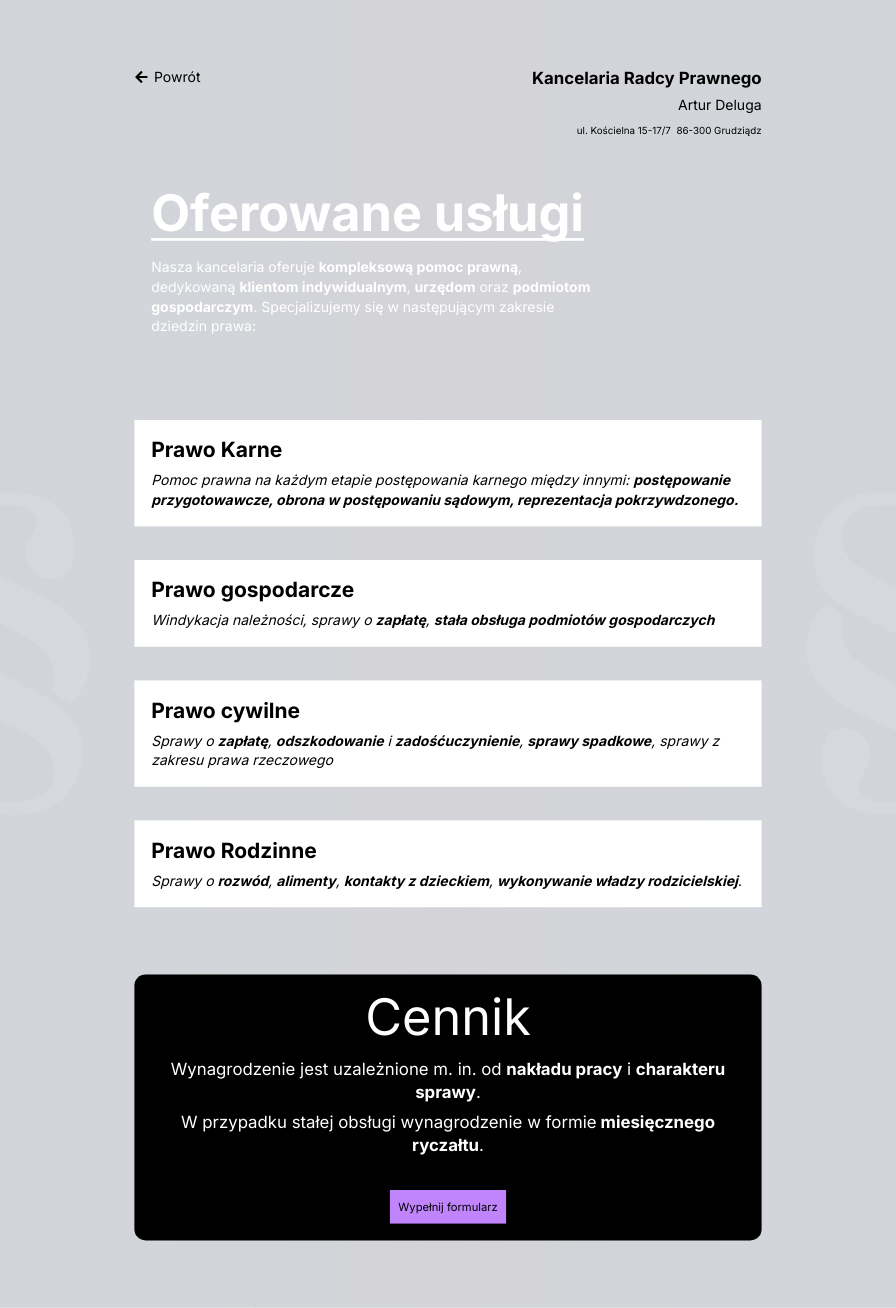
Repository: wesiudev/kancelaria-artur-deluga
Page: /oferta
An editor plug-in stored every save of this project. The page is shown before and after the next save, followed by the edit.
The browser window is 1280 px wide. The pictures show the whole page, at 70% of full size.
The project was rebuilt for these pictures with package versions that can differ from the ones it lists, and the page was loaded fresh each time. The framework's server and built-in components were replaced by stand-ins that run in the browser. Also part of the build but not shown: next.config.js.

Above is the page before, as saved 2023-08-09 16:38:15.

### app/layout.tsx
import "./globals.css";
import type { Metadata } from "next";
import { Inter } from "next/font/google";

const inter = Inter({ subsets: ["latin"] });

export const metadata: Metadata = {
  title: "Kancelaria Radcy Prawnego Artur Deluga",
  description:
    "Kancelaria Radcy Prawnego Grudziądz Prawo Karne, Pracwo cywilne, Prawo gospodarcze, Prawo Rodzinne. ul. Kościelna 15-17/7 86-300 Grudziądz. Pomoc prawna na każdym etapie postępowania karnego (postępowanie przygotowawcze, obrona w postępowaniu sądowym, reprezentacja pokrzywdzonego, etc.)",
  viewport: "width=device-width, initial-scale=1",
  icons: {
    icon: "/favicon.png",
  },
};

export default function RootLayout({
  children,
}: {
  children: React.ReactNode;
}) {
  return (
    <html lang="pl" className="scroll-smooth ">
      <body className={inter.className}>{children}</body>
    </html>
  );
}

### app/oferta/page.tsx
"use client";
import Image from "next/image";
import paragraphImage from "@/app/assets/paragraph.png";
import Link from "next/link";
import { FaArrowLeft } from "react-icons/fa";
import { useState } from "react";
const sendContactForm = async (data: any) =>
  fetch("/api/mail", {
    method: "POST",
    body: JSON.stringify(data),
    headers: { "Content-Type": "application/json", Accept: "application/json" },
  }).then((res) => {
    if (!res.ok) throw new Error("Failed to send message");
    return res.json();
  });

export default function OfferMobile() {
  const [isContactOpen, setContactOpen] = useState(false);
  const [firstName, setFirstName] = useState<string>("");
  const [email, setEmail] = useState<string>("");
  const [message, setMessage] = useState<string>("");

  const onSubmit = async () => {
    try {
      await sendContactForm({
        firstName: firstName,
        email: email,
        message: message,
      });
    } catch (error) {}
  };
  return (
    <div className="w-full mx-auto z-[2000] bg-gradient-to-r from-gray-300 via-zinc-300 to-gray-300 overflow-x-hidden text-black">
      <div className="flex flex-col space-x-[100px] min-h-screen items-center py-24">
        <div className="flex flex-col w-[85vw] lg:w-[70vw] 2xl:w-[60vw] min-h-screen justify-center ">
          <Image
            src={paragraphImage}
            alt="Paragraf obrazek w tle"
            width={224}
            height={224}
            className="fixed opacity-10 -left-24 "
          />
          <Image
            src={paragraphImage}
            alt="Paragraf obrazek w tle"
            width={224}
            height={224}
            className="fixed opacity-10 -right-24 rotate-180"
          />
          <div className="flex flex-col justify-between w-full">
            <div className="flex flex-row justify-between">
              <div className="w-1/2">
                <Link
                  className="group flex flex-row items-center mb-12 text-xl w-max"
                  href="/"
                >
                  <FaArrowLeft className="mr-2" />
                  <span className="hover:underline hover:underline-offset-4">
                    {" "}
                    Powrót
                  </span>
                </Link>
              </div>
              <div>
                <h1 className="text-xl lg:text-2xl text-right sm:text-left font-bold">
                  Kancelaria Radcy Prawnego
                </h1>
                <div className="w-full flex justify-end">
                  <h2 className="text-xl mb-12 lg:mb-0 mt-2">Artur Deluga</h2>
                </div>
                <div
                  className={` flex-row space-x-2 text-sm justify-end mt-3 mb-12 hidden lg:flex`}
                >
                  <div>ul. Kościelna 15-17/7</div>
                  <div>86-300 Grudziądz</div>
                </div>
              </div>
            </div>

            <div className="p-6 rounded-2xl  text-white">
              <div className="w-max">
                <h1 className="w-max text-4xl md:text-5xl lg:text-7xl  font-bold">
                  Oferowane usługi
                </h1>
                <div className="h-1 w-full mb-6 bg-white" />
              </div>

              <h2 className="text-left text-xl w-full lg:w-3/4 ">
                Nasza kancelaria oferuje{" "}
                <span className="font-bold"> kompleksową pomoc prawną</span>,
                dedykowaną{" "}
                <span className="font-bold">klientom indywidualnym</span>,{" "}
                <span className="font-bold">urzędom</span> oraz{" "}
                <span className="font-bold">podmiotom gospodarczym</span>.
                Specjalizujemy się w następującym zakresie dziedzin prawa:
              </h2>
            </div>
          </div>
          <div className="relative text-black flex flex-col space-y-12 mt-24">
            <div className="max-h-[50vh] border-0 hover:scale-105 duration-300 hover:bg-opacity-100 cursor-default   bg-white  flex flex-col p-6 justify-between">
              <h1 className="text-xl lg:text-3xl font-bold">Prawo Karne</h1>
              <p className="text-sm sm:text-xl mt-3 italic">
                Pomoc prawna na każdym etapie postępowania karnego między
                innymi:{" "}
                <span className="font-bold">
                  postępowanie przygotowawcze, obrona w postępowaniu sądowym,
                  reprezentacja pokrzywdzonego.
                </span>
              </p>
            </div>
            <div className="max-h-[50vh] border-0 hover:scale-105 duration-300 hover:bg-opacity-100 cursor-default   bg-white  flex flex-col justify-between p-6">
              <h1 className="text-xl lg:text-3xl font-bold">
                Prawo gospodarcze
              </h1>
              <p className="text-sm sm:text-xl mt-3 italic">
                Windykacja należności, sprawy o{" "}
                <span className="font-bold">zapłatę</span>,{" "}
                <span className="font-bold">
                  stała obsługa podmiotów gospodarczych
                </span>
              </p>
            </div>

            <div className="max-h-[50vh] border-0 hover:scale-105 duration-300 hover:bg-opacity-100 cursor-default  bg-white  flex flex-col p-6 justify-between">
              <h1 className="text-xl lg:text-3xl font-bold">Prawo cywilne</h1>
              <p className="text-sm sm:text-xl mt-3 italic">
                Sprawy o <span className="font-bold">zapłatę</span>,{" "}
                <span className="font-bold">odszkodowanie</span> i{" "}
                <span className="font-bold">zadośćuczynienie</span>,{" "}
                <span className="font-bold">sprawy spadkowe</span>, sprawy z
                zakresu prawa rzeczowego
              </p>
            </div>
            <div className="max-h-[50vh] border-0 hover:scale-105 duration-300 hover:bg-opacity-100 cursor-default   bg-white  flex flex-col p-6 justify-between">
              <h1 className="text-xl lg:text-3xl font-bold">Prawo Rodzinne</h1>
              <p className="text-sm sm:text-xl mt-3 italic">
                Sprawy o <span className="font-bold">rozwód</span>,{" "}
                <span className="font-bold">alimenty</span>,{" "}
                <span className="font-bold">kontakty z dzieckiem</span>,{" "}
                <span className="font-bold">
                  wykonywanie władzy rodzicielskiej
                </span>
                .
              </p>
            </div>
          </div>
          <div className="text-white flex flex-col h-max my-auto px-3 lg:px-12  text-center relative w-full mt-12  lg:mx-auto lg:mt-24 bg-black  lg:py-6 rounded-2xl">
            <h1 className="text-5xl lg:text-7xl ">Cennik</h1>
            <p className="mt-6 text-base lg:text-2xl">
              Wynagrodzenie jest uzależnione m. in. od{" "}
              <span className="font-bold"> nakładu pracy</span> i{" "}
              <span className="font-bold">charakteru sprawy</span>.
            </p>
            <p className="mt-3 text-sm lg:text-2xl">
              W przypadku stałej obsługi wynagrodzenie w formie
              <span className="font-bold"> miesięcznego ryczałtu</span>.
            </p>
            <button
              onClick={() => setContactOpen(true)}
              className=" p-3 bg-purple-400 hover:bg-purple-300 duration-300 text-black mt-12 w-max mx-auto"
            >
              Wypełnij formularz
            </button>
          </div>
          <div
            className={` flex-row space-x-2 text-sm justify-center mt-12 flex lg:hidden z-[1000]`}
          >
            <div>ul. Kościelna 15-17/7</div>
            <div>86-300 Grudziądz</div>
          </div>
        </div>
      </div>
      <div
        className={`w-[80vw] fixed left-[50%] -translate-x-[50%] top-[50%] -translate-y-[50%] bg-gradient-to-bl from-black to-zinc-800 lg:w-max h-max px-12 rounded-3xl py-6 duration-300 ${
          isContactOpen ? "z-[2000] opacity-100" : "z-[-1000] opacity-0"
        }`}
      >
        <h1 className="text-3xl text-center">Kontakt</h1>

        <div className="flex flex-col space-y-3 mt-6 lg:mt-12">
          <div className="flex flex-col lg:flex-row lg:space-x-3">
            <div className="flex flex-col">
              Imię{" "}
              <input
                onChange={(e) => setFirstName(e.target.value)}
                value={firstName}
                id="fName"
                type="text"
                className="mt-2 text-black"
              />
            </div>
            <div className="flex flex-col mt-3 lg:mt-0">
              Email{" "}
              <input
                onChange={(e) => setEmail(e.target.value)}
                value={email}
                type="text"
                className="mt-2 text-black"
              />
            </div>
          </div>
          <div className="flex flex-col mt-2">
            Treść{" "}
            <textarea
              onChange={(e) => setMessage(e.target.value)}
              value={message}
              className="h-full resize-none text-black"
            ></textarea>
          </div>
        </div>
        <div className="w-full flex space-x-3">
          <button
            onClick={() => setContactOpen(false)}
            className="w-1/2 hover:underline py-2 mt-8"
          >
            Powrót
          </button>
          <button
            onClick={onSubmit}
            className="w-1/2 bg-purple-400 hover:bg-purple-300 duration-300 py-2 mt-8"
          >
            Wyślij
          </button>
        </div>
      </div>
    </div>
  );
}

### app/globals.css
@tailwind base;
@tailwind components;
@tailwind utilities;

:root {
  --foreground-rgb: 0, 0, 0;
  --background-start-rgb: 214, 219, 220;
  --background-end-rgb: 255, 255, 255;
}

@media (prefers-color-scheme: dark) {
  :root {
    --foreground-rgb: 255, 255, 255;
    --background-start-rgb: 0, 0, 0;
    --background-end-rgb: 0, 0, 0;
  }
}

body {
  color: rgb(var(--foreground-rgb));
  background: linear-gradient(
      to bottom,
      transparent,
      rgb(var(--background-end-rgb))
    )
    rgb(var(--background-start-rgb));
}

.expand {
  position: relative;
  text-decoration: none;
  display: inline-block;
}
.expand:after {
  display: block;
  content: "";
  border-bottom: solid 3px white;
  transform: scaleX(0);
  transition: transform 250ms ease-in-out;
  transform-origin: 100% 50%;
}
.expand:hover:after {
  transform: scaleX(1);
  transform-origin: 0 50%;
}

.caps {
  font-variant: small-caps;
}
html {
  scroll-behavior: smooth;
  color: #1a1a1a;
}

Loaded but not shown: tailwind.config.js (common file)

After the next save:
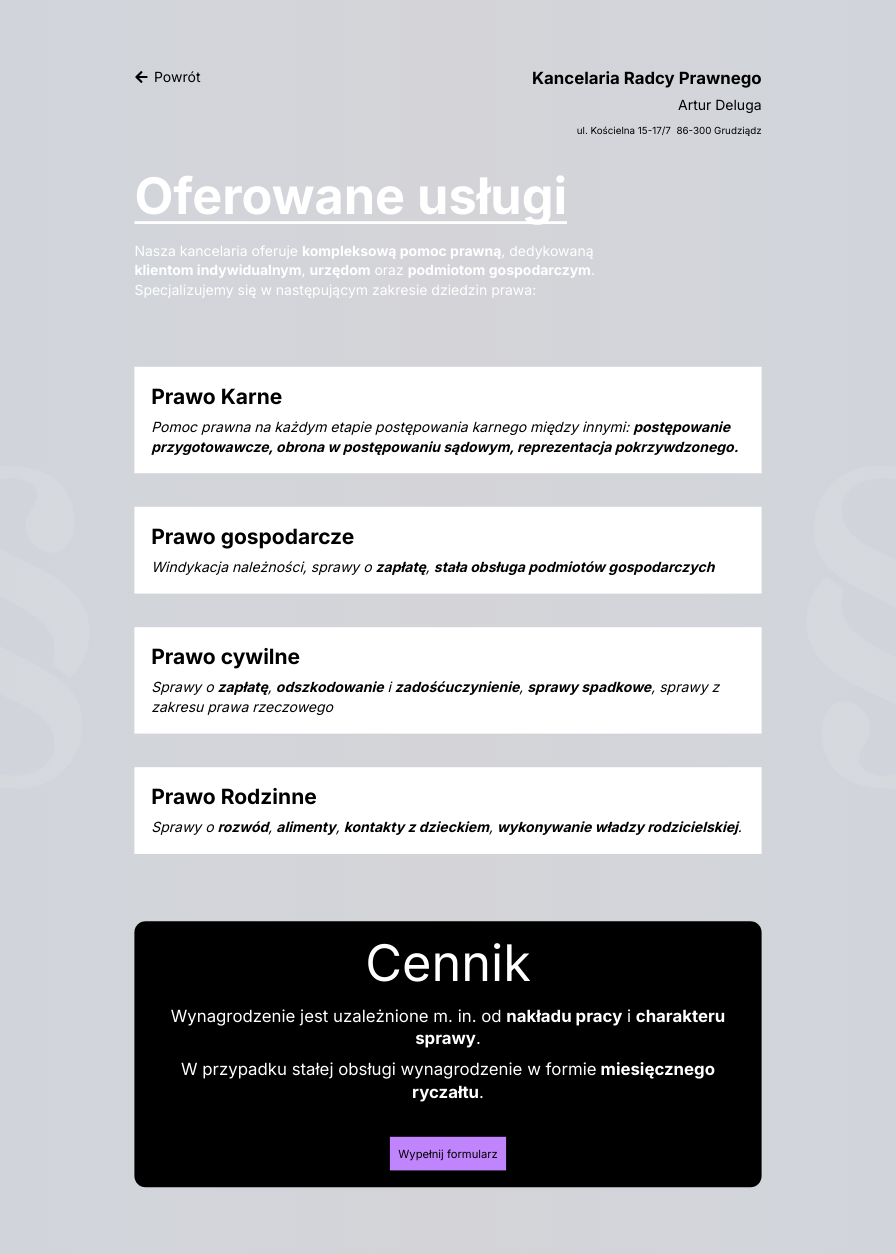
Saved 8 s later.
--- a/app/oferta/page.tsx
+++ b/app/oferta/page.tsx
@@ -77,7 +77,7 @@ export default function OfferMobile() {
               </div>
             </div>
 
-            <div className="p-6 rounded-2xl  text-white">
+            <div className=" rounded-2xl  text-white">
               <div className="w-max">
                 <h1 className="w-max text-4xl md:text-5xl lg:text-7xl  font-bold">
                   Oferowane usługi
